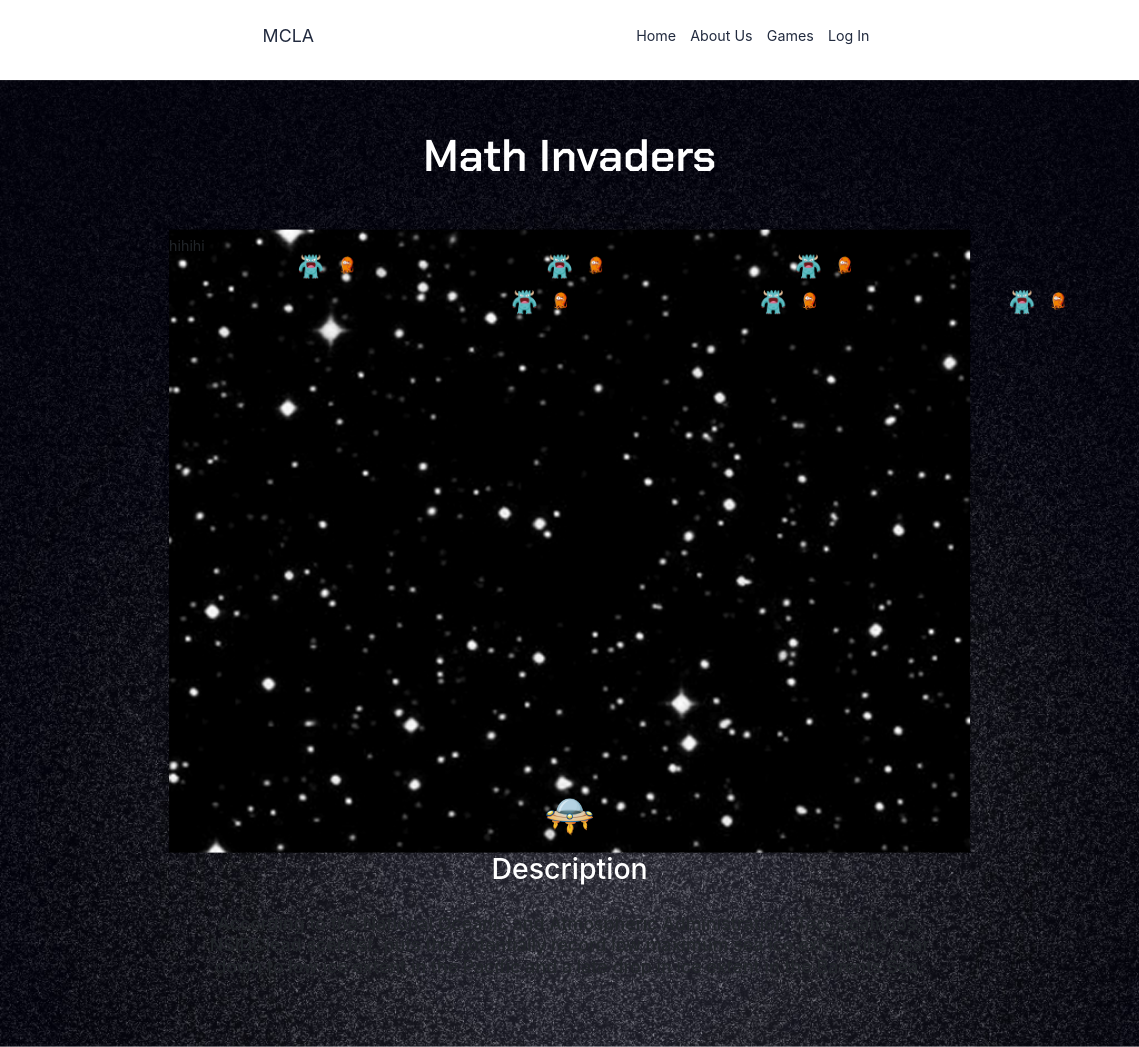
Repository: kkyler24/MathInvader
Page: index.html
An editor plug-in stored every save of this project. The page is shown before and after the next save, followed by the edit.
The browser window is 1280 px wide. The pictures show the whole page, at 89% of full size.
Some web libraries are served in a nearby version.

Above is the page before, as saved 2020-07-20 16:05:16.

After the next save:
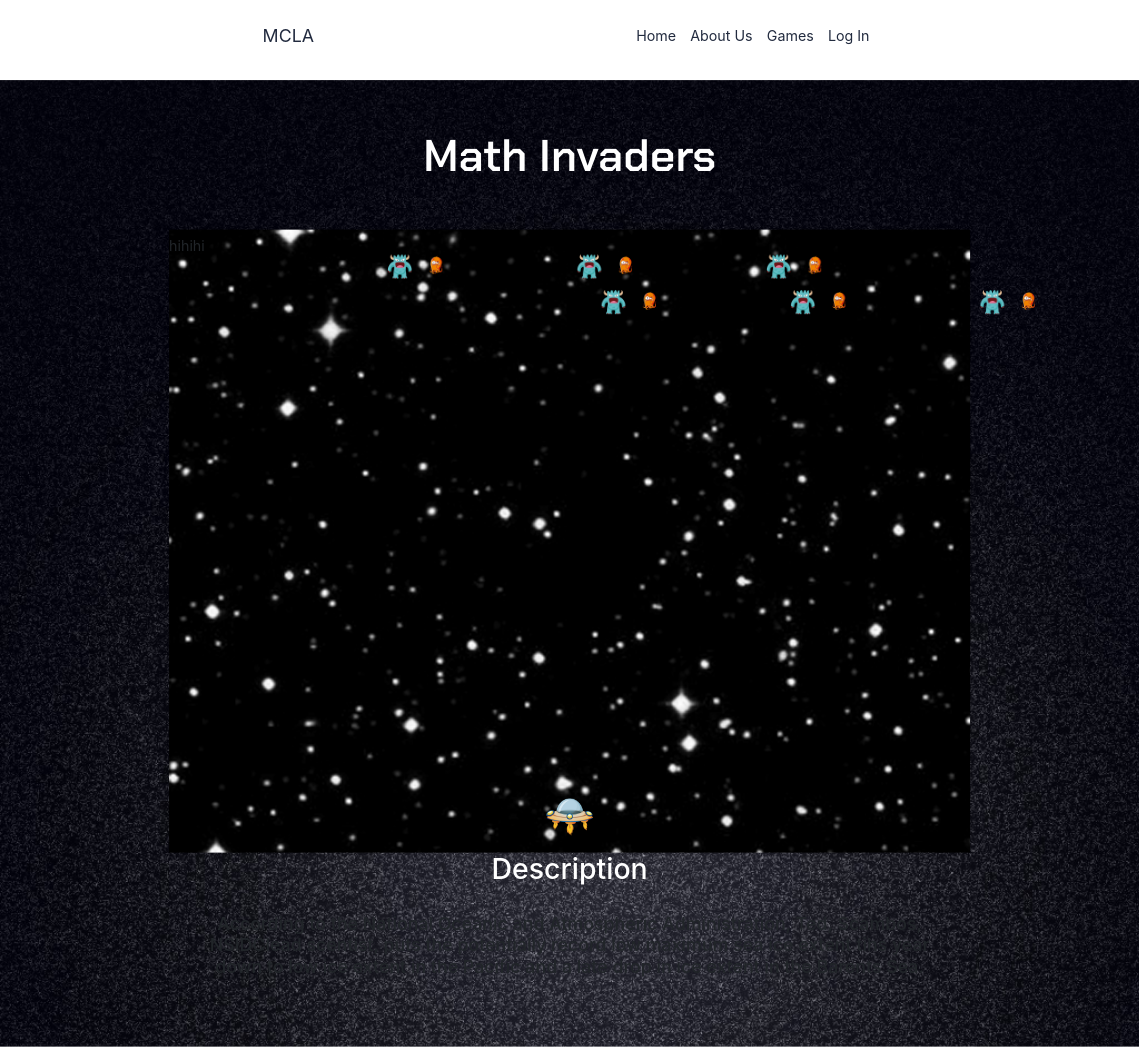
Saved 11 s later.
--- a/jsFolder/game.js
+++ b/jsFolder/game.js
@@ -14,7 +14,7 @@ const LASER_COOLDOWN = 0.5;
 
 const TOKENS_PER_ROW = 10;
 const ENEMIES_PER_ROW = 3;
-const ENEMY_HORIZONTAL_PADDING = 100;
+const ENEMY_HORIZONTAL_PADDING = 200;
 const ENEMY_VERTICAL_PADDING = 20;
 const ENEMY_VERTICAL_SPACING = 40;
 const ENEMY_COOLDOWN = 5.0;
